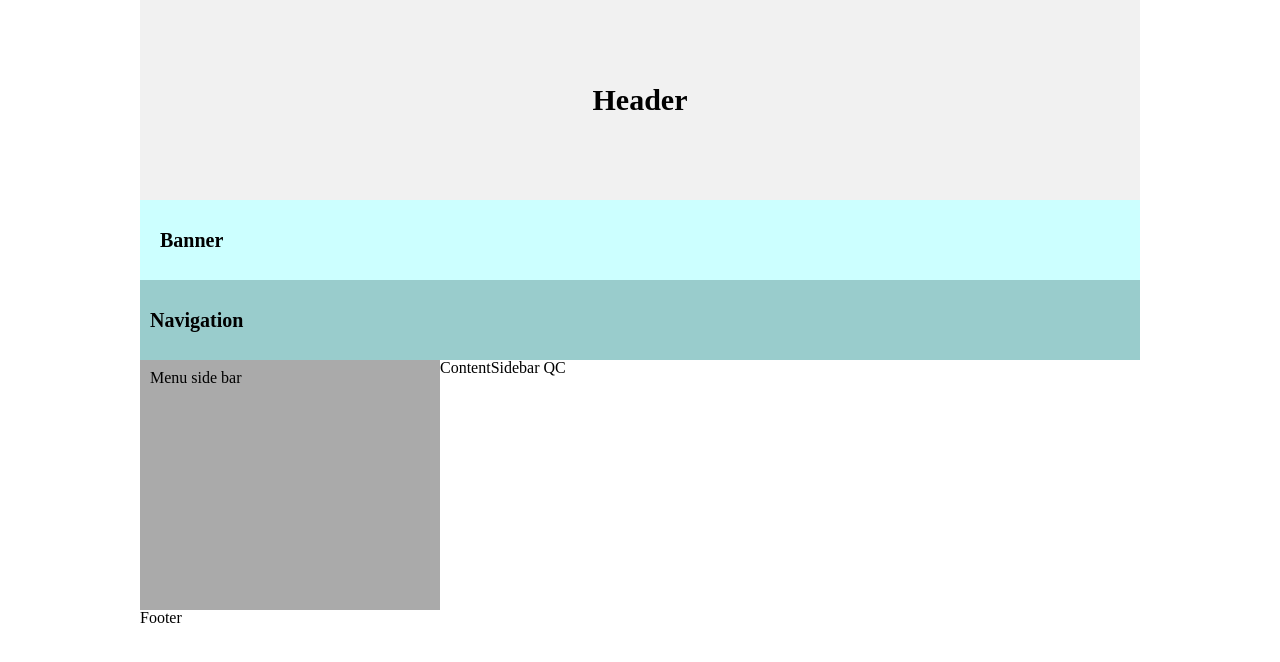
Repository: Tan-Khang21/TH_TKW--Buoi_06
Page: Bai_Tap_Tren_lop/Bai_03/LayoutCSS3.html
The author's editor kept a copy of each file at every save. The page is drawn from the files as they stood at one save, then again after the next save.
The browser window is 1280 px wide. The pictures show the whole page.

Above is the page before, as saved 2024-03-11 21:03:48.

### Bai_Tap_Tren_lop/Bai_03/LayoutCSS3.html
<!DOCTYPE html>
<html lang="en">
  <head>
    <meta charset="UTF-8" />
    <meta name="viewport" content="width=device-width, initial-scale=1.0" />
    <title>Document</title>
    <link rel="stylesheet" href="style.css" />
    <link rel="stylesheet" href="reset.css" />
  </head>
  <body>
    <div class="container">
      <div class="header">Header</div>
      <div class="banner">Banner</div>
      <div class="navigation">Navigation</div>
      <div class="box">
        <div class="box_menu">Menu side bar</div>
        <div class="box_content">Content</div>
        <div class="box_siderbar">Sidebar QC</div>
      </div>
      <div class="footer">Footer</div>
    </div>
  </body>
</html>

### Bai_Tap_Tren_lop/Bai_03/style.css
* {
  box-sizing: border-box;
}
body {
  width: 100%;
}
.container {
  width: 1000px;
  margin: 0 auto;
}
.header {
  width: 100%;
  height: 200px;
  display: flex;
  align-items: center;
  justify-content: center;
  background-color: #f1f1f1;
  font-weight: bold;
  font-size: 30px;
}
.banner {
  width: 100%;
  height: 80px;
  background-color: #ccffff;
  font-weight: bold;
  font-size: 20px;
  display: flex;
  align-items: center;
  padding: 20px;
}
.navigation {
  width: 100%;
  height: 80px;
  background-color: #99cccc;
  font-weight: bold;
  font-size: 20px;
  display: flex;
  align-items: center;
  padding: 10px;
}
.box {
  display: flex;
}
.box_menu {
  width: 300px;
  height: 250px;
  background-color: #aaaaaa;
  padding: 10px;
}

Loaded but not shown: Bai_Tap_Tren_lop/Bai_03/reset.css (common file)

After the next save:
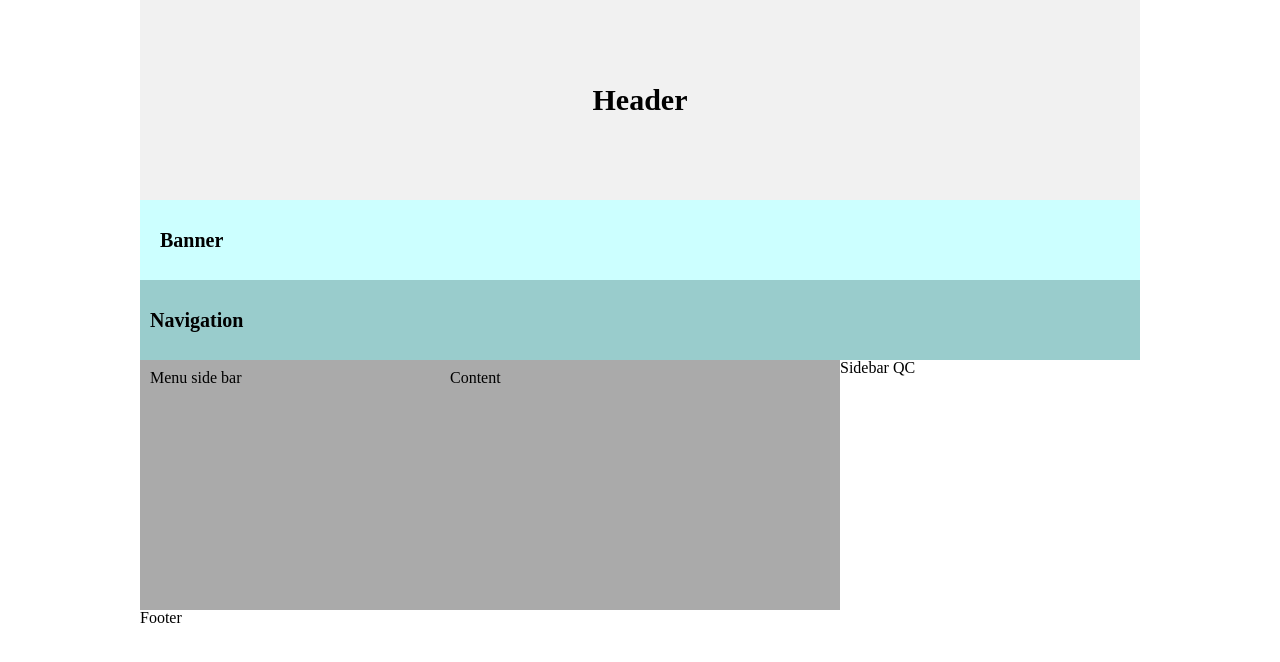
Saved 28 s later.
--- a/Bai_Tap_Tren_lop/Bai_03/style.css
+++ b/Bai_Tap_Tren_lop/Bai_03/style.css
@@ -47,3 +47,9 @@ body {
   background-color: #aaaaaa;
   padding: 10px;
 }
+.box_content {
+  width: 400px;
+  height: 250px;
+  background-color: #aaaaaa;
+  padding: 10px;
+}
